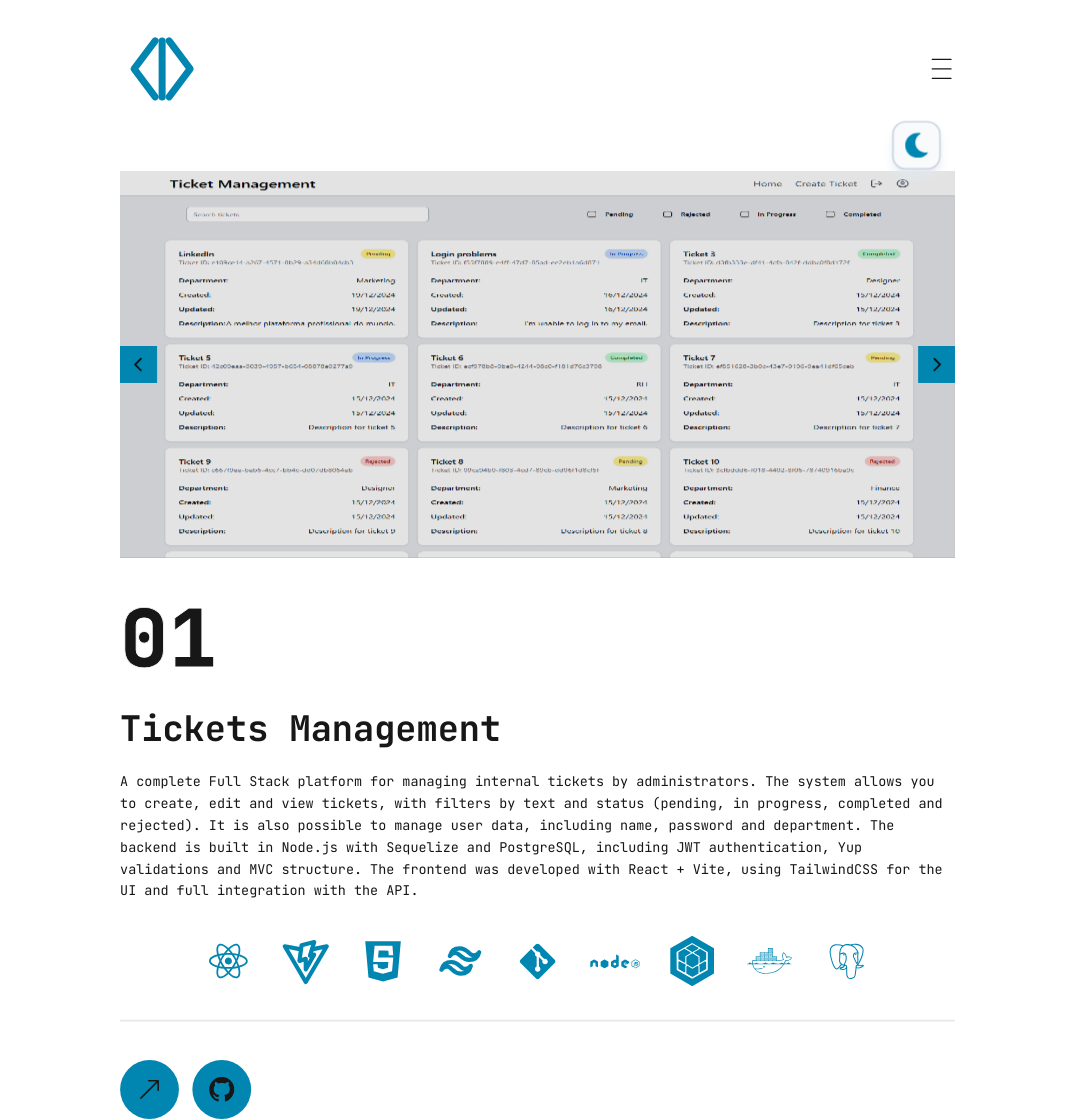
Repository: sergioscker/sergio-portfolio
Page: /work
These files come from the project's save history. The page is drawn as it stood at one moment and after the next save; the edit follows.
The browser window is 1280 px wide. The pictures show the whole page, at 84% of full size.
The project was rebuilt for these pictures with package versions that can differ from the ones it lists, and the page was loaded fresh each time. The framework's server and built-in components were replaced by stand-ins that run in the browser. Also part of the build but not shown: next.config.mjs.

Above is the page before, as saved 2025-05-19 19:43:22.

After the next save:
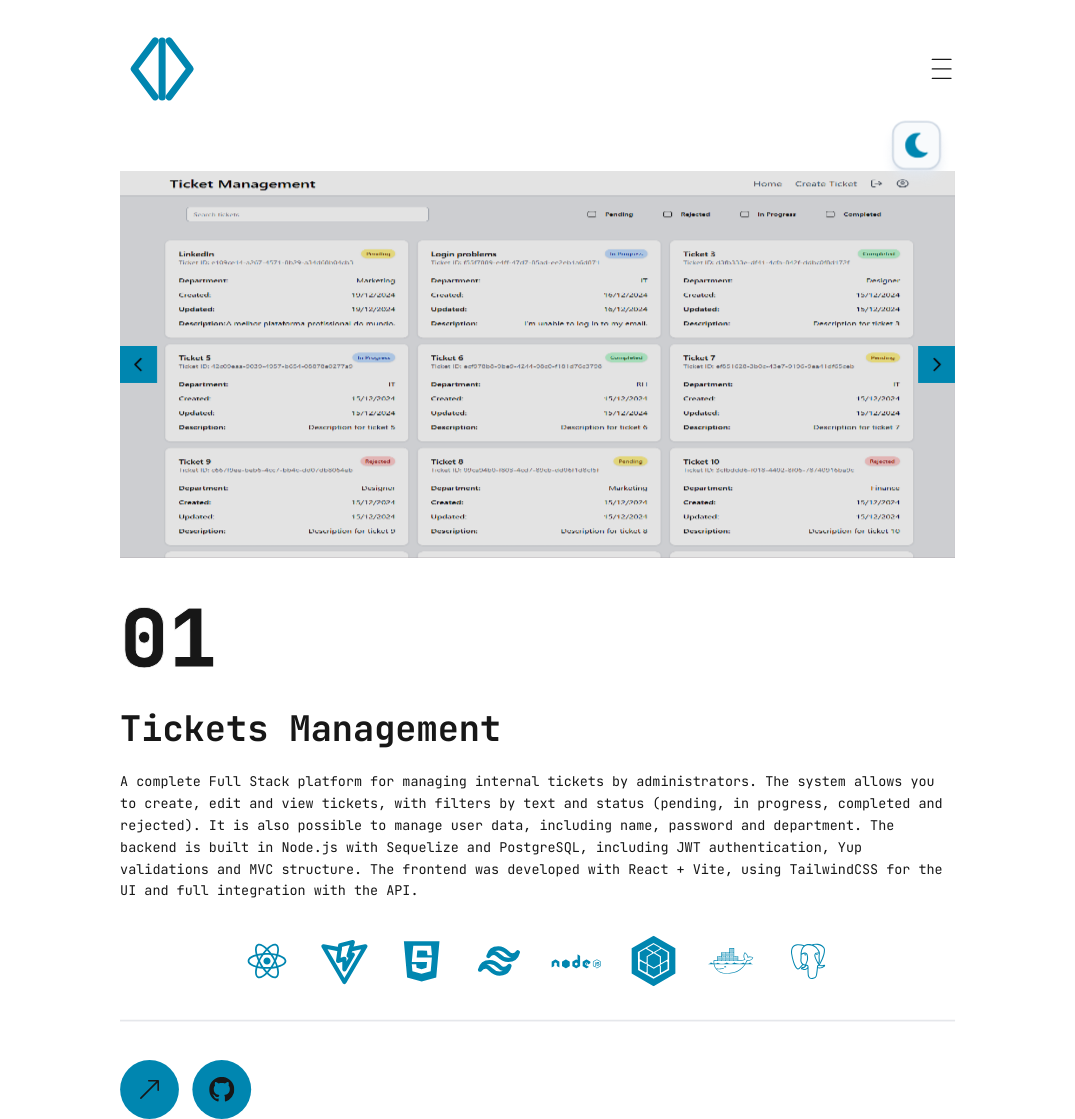
Saved 91 min 47 s later.
--- a/app/work/page.jsx
+++ b/app/work/page.jsx
@@ -73,7 +73,6 @@ const projects = [
       { icon: <TbBrandVite size={60} />, name: 'vite' },
       { icon: <DiJavascript size={60} />, name: 'javascript' },
       { icon: <TbBrandTailwind size={60} />, name: 'tailwindcss' },
-      { icon: <DiGit size={60} />, name: 'git' },
       { icon: <DiNodejs size={60} />, name: 'nodeJS' },
       { icon: <SiSequelize size={60} />, name: 'ORM sequelize' },
       { icon: <DiDocker size={60} />, name: 'docker' },
